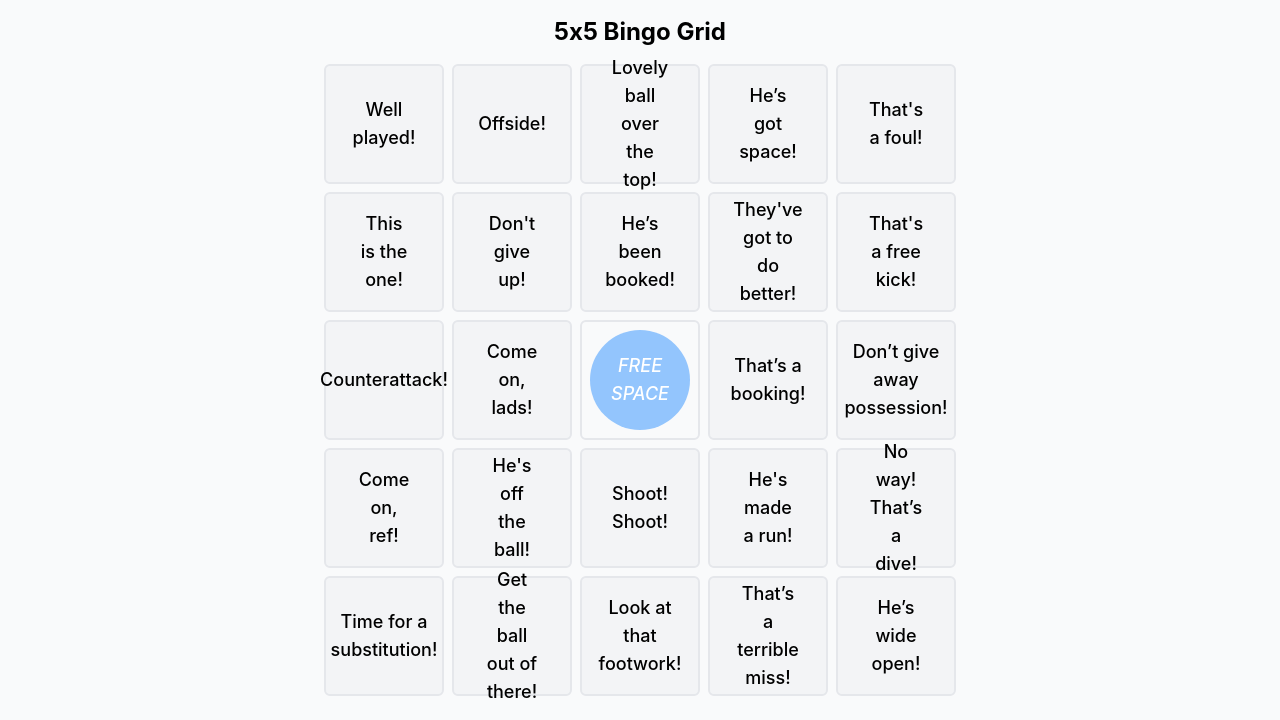
Repository: yassirbn/football-bingo
Page: /
An editor plug-in stored every save of this project. The page is shown before and after the next save, followed by the edit.
The browser window is 1280 px wide. The pictures show the whole page.
The project was rebuilt for these pictures with package versions that can differ from the ones it lists, and the page was loaded fresh each time.

Above is the page before, as saved 2024-11-26 18:34:22.

After the next save:
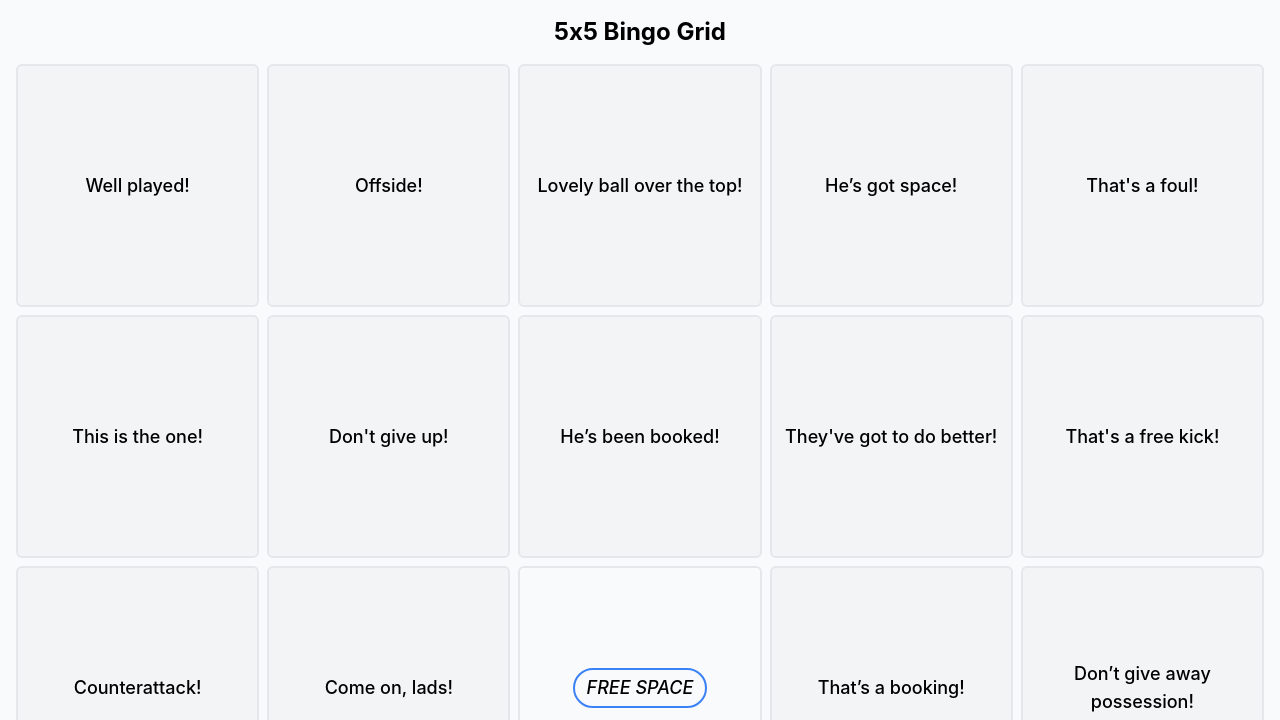
Saved 9 s later.
--- a/src/component/BingoGrid/BingoGrid.js
+++ b/src/component/BingoGrid/BingoGrid.js
@@ -108,25 +108,13 @@ const BingoGrid = ({ words }) => {
               ${word === "FREE SPACE" ? "cursor-default" : ""}`}
             onClick={() => handleCellClick(index)}
           >
-            <div
-              className={`${
-                selectedCells[index]
-                  ? "bg-blue-300 text-white" // Selected cells get a blue background
-                  : "bg-transparent"
-              } rounded-full flex items-center justify-center py-3 px-6
-              ${word === "FREE SPACE" ? "font-bold italic" : ""}`}
-              style={{
-                width: "100px", // Fixed width for the circle
-                height: "100px", // Fixed height for the circle
-                minWidth: "100px", // Ensures the circle doesn't shrink smaller than this
-              }}
+            <span
+              className={`text-xs sm:text-sm md:text-base lg:text-lg font-medium
+                ${word === "FREE SPACE" ? "font-bold italic" : ""}
+                ${selectedCells[index] ? "border-2 border-blue-500 rounded-full py-1 px-3" : ""}`}
             >
-              <span
-                className={`text-xs sm:text-sm md:text-base lg:text-lg font-medium`}
-              >
-                {word}
-              </span>
-            </div>
+              {word}
+            </span>
           </div>
         ))}
       </div>
